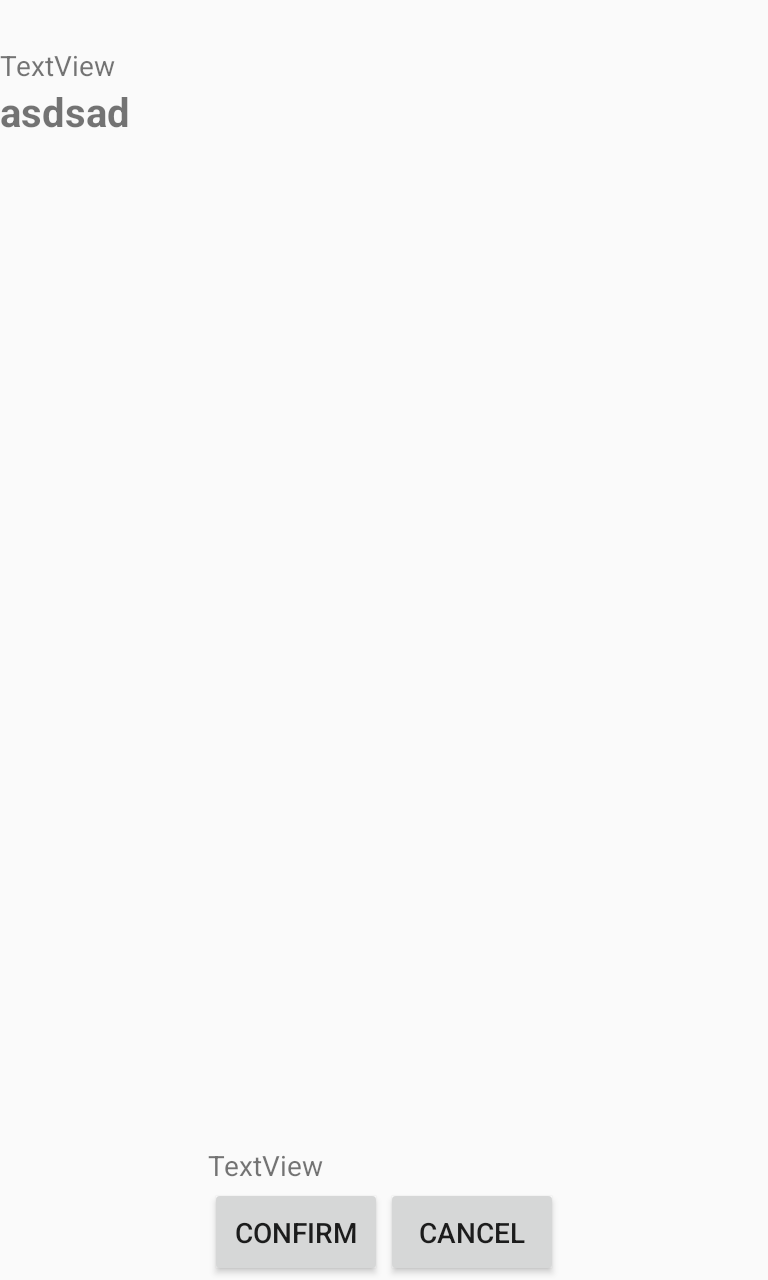
Repository: TeamZhao/Assignment-Tracker
Layout: AssignmentTracker/res/layout/activity_delete_semester_confirmation.xml
These files come from the project's save history. The layout is drawn as it stood at one moment and after the next save; the edit follows.
It is drawn on a 768 x 1280 px phone screen (xhdpi) without system bars, with theme AppTheme; the app's code is not run.

Above is the layout before, as saved 2014-11-15 06:26:46.

After the next save:
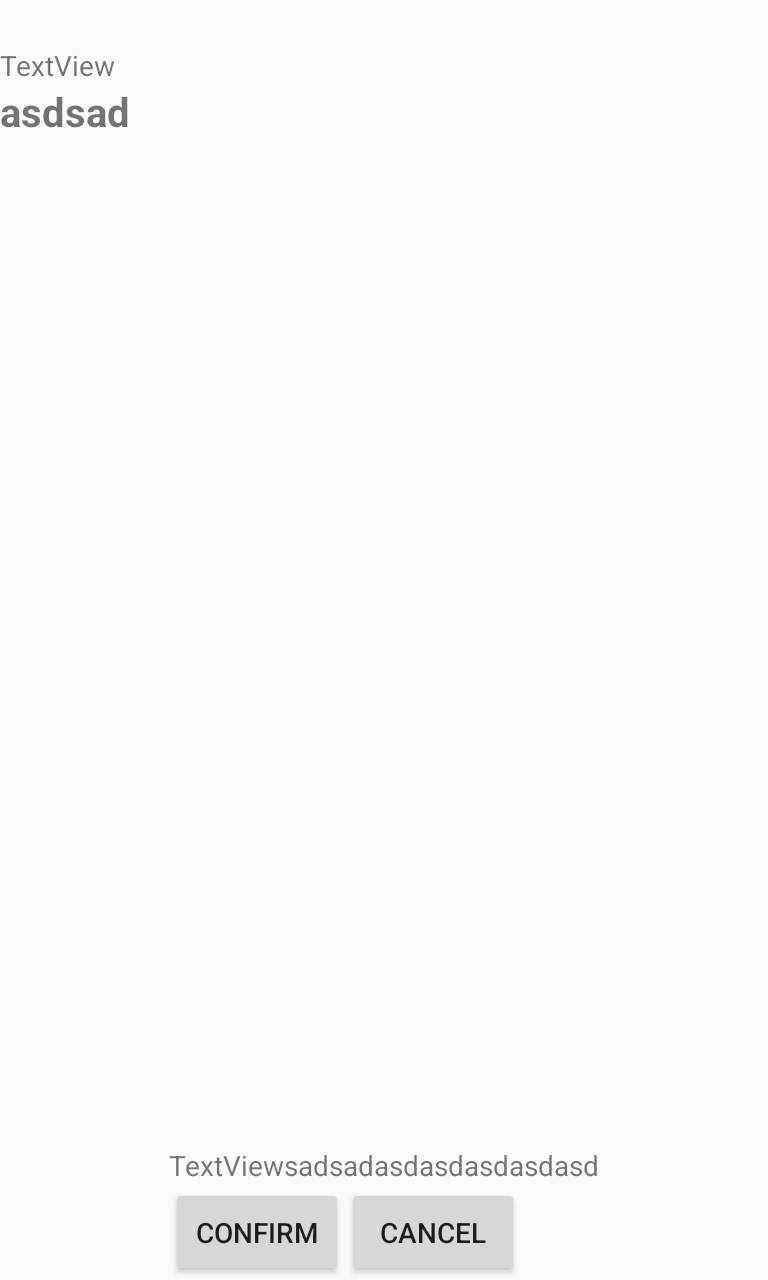
Saved 24 s later.
--- a/AssignmentTracker/res/layout/activity_delete_semester_confirmation.xml
+++ b/AssignmentTracker/res/layout/activity_delete_semester_confirmation.xml
@@ -74,7 +74,7 @@
                 android:id="@+id/textView_ContinueNotice"
                 android:layout_width="wrap_content"
                 android:layout_height="wrap_content"
-                android:text="TextView" />
+                android:text="TextViewsadsadasdasdasdasdasd" />
 
             <LinearLayout
                 android:layout_width="wrap_content"
